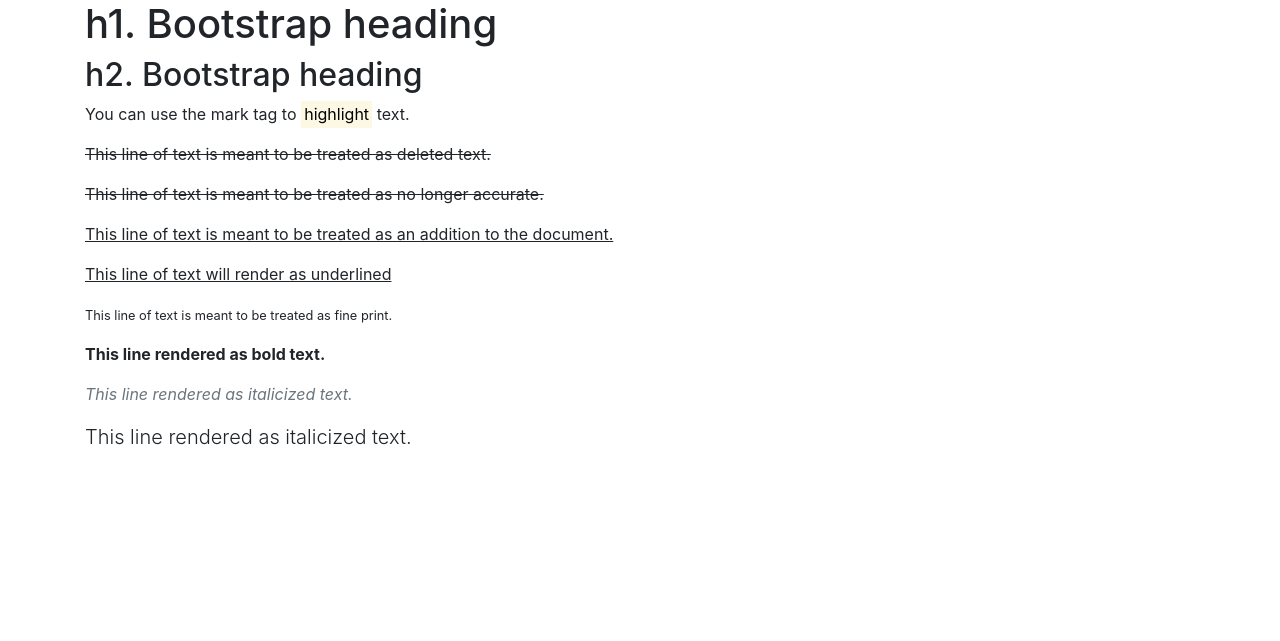
Repository: woodyalan/bootstrap-4
Page: conteudo.html
An editor plug-in stored every save of this project. The page is shown before and after the next save, followed by the edit.
The browser window is 1280 px wide. The pictures show the whole page.

Above is the page before, as saved 2020-09-08 22:34:37.

After the next save:
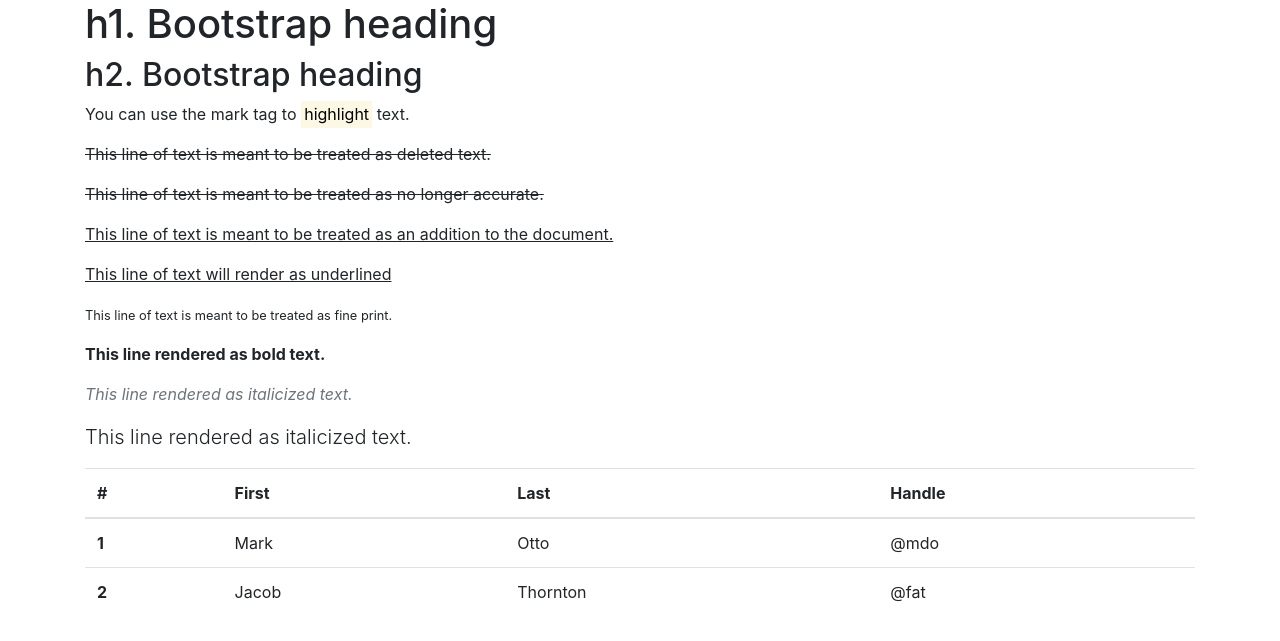
Saved 2 min 42 s later.
--- a/conteudo.html
+++ b/conteudo.html
@@ -24,6 +24,31 @@
       <p class="text-muted"><em>This line rendered as italicized text.</em></p>
 
       <p class="lead">This line rendered as italicized text.</p>
+
+      <table class="table">
+        <thead>
+          <tr>
+            <th scope="col">#</th>
+            <th scope="col">First</th>
+            <th scope="col">Last</th>
+            <th scope="col">Handle</th>
+          </tr>
+        </thead>
+        <tbody>
+          <tr>
+            <th scope="row">1</th>
+            <td>Mark</td>
+            <td>Otto</td>
+            <td>@mdo</td>
+          </tr>
+          <tr>
+            <th scope="row">2</th>
+            <td>Jacob</td>
+            <td>Thornton</td>
+            <td>@fat</td>
+          </tr>
+        </tbody>
+      </table>
     </div>
 
     <!-- JS, Popper e jQuery -->
